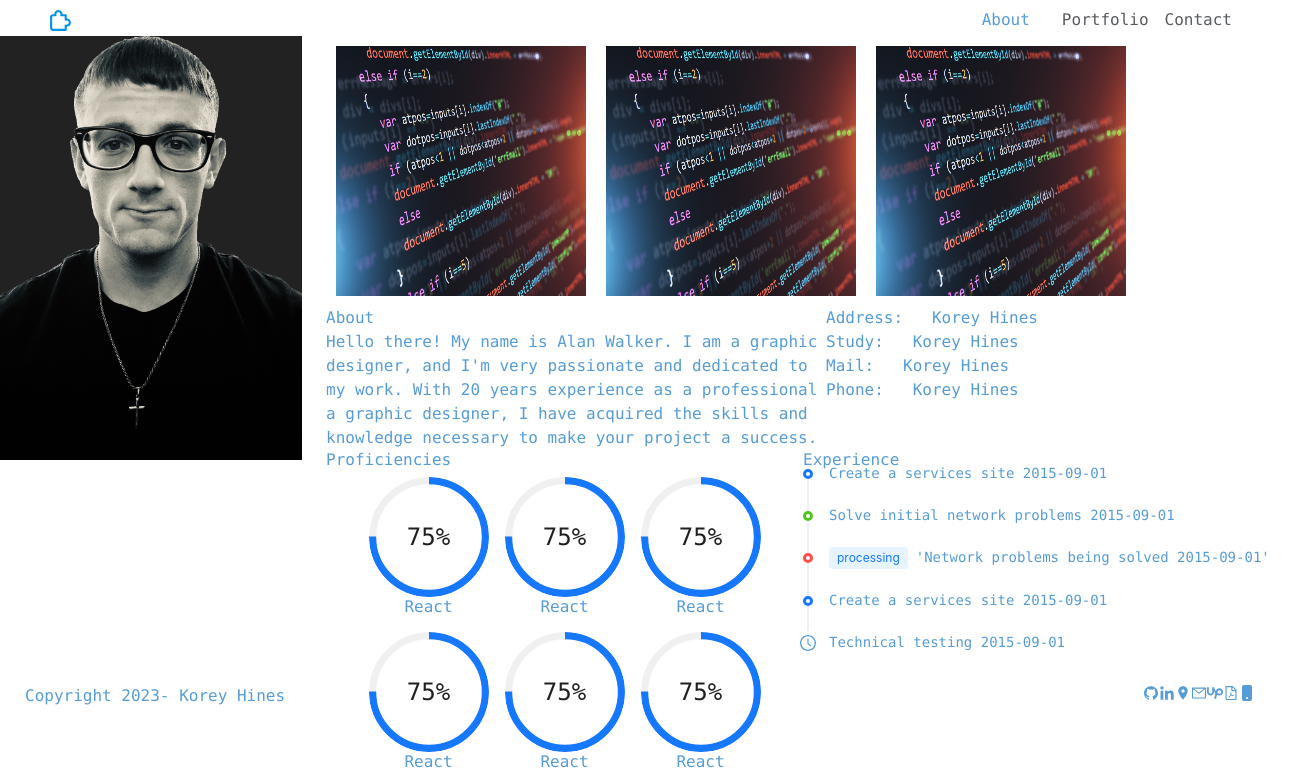
Repository: devkthines/next-portfolio-v2
Page: /about
The author's editor kept a copy of each file at every save. The page is drawn from the files as they stood at one save, then again after the next save.
The browser window is 1280 px wide. The page is 1292 px wide, so the pictures cover 1292 px, including what lies to the right of the window. The pictures show the whole page.
The project was rebuilt for these pictures with package versions that can differ from the ones it lists, and the page was loaded fresh each time. The framework's server and built-in components were replaced by stand-ins that run in the browser. Also part of the build but not shown: next.config.js.

Above is the page before, as saved 2023-09-25 22:33:17.

After the next save:
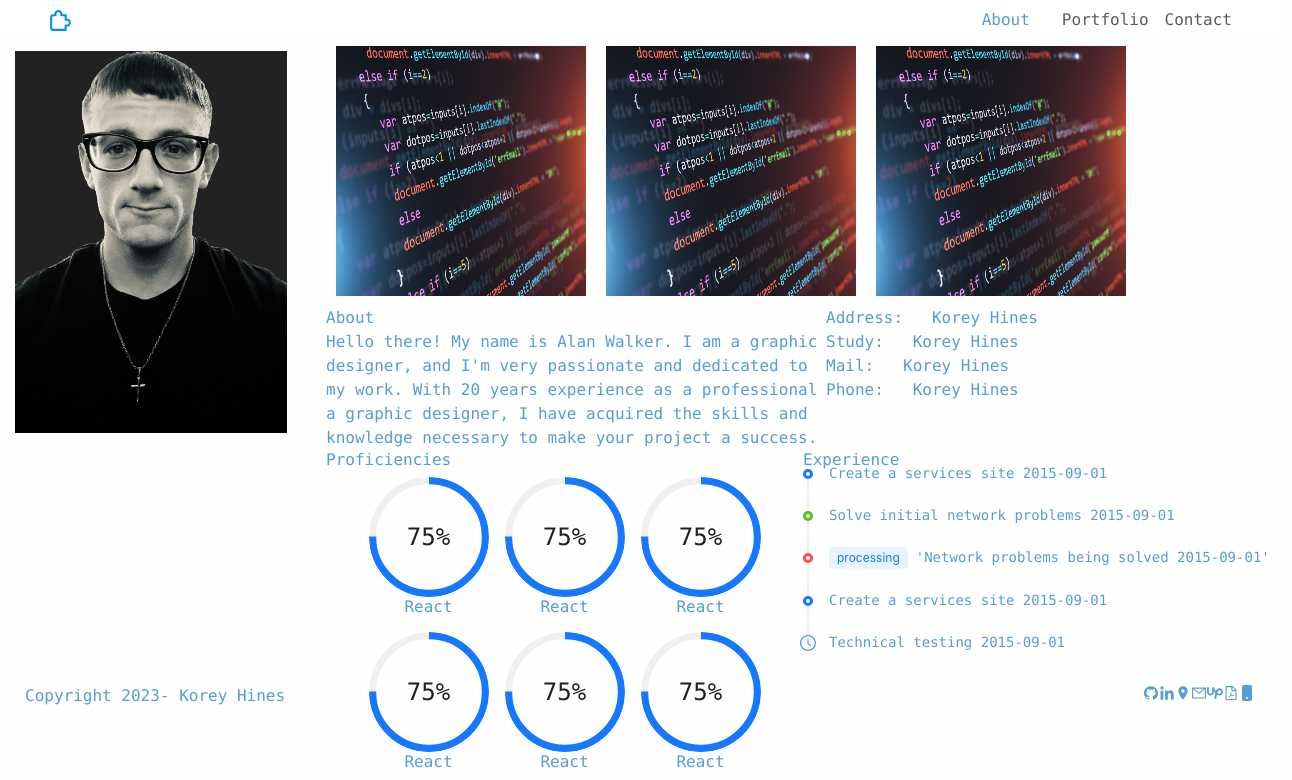
Saved 8 s later.
--- a/css/style.css
+++ b/css/style.css
@@ -188,7 +188,7 @@ a.nav-link {
 #aboutImg{
     width: 100%;
     height: auto;
-    /* padding: 15px 15px 30px; */
+    padding: 15px 15px 30px;
 }
 #aboutcard{
     box-shadow: 0 4px 6px rgba(0, 0, 0, .3);
